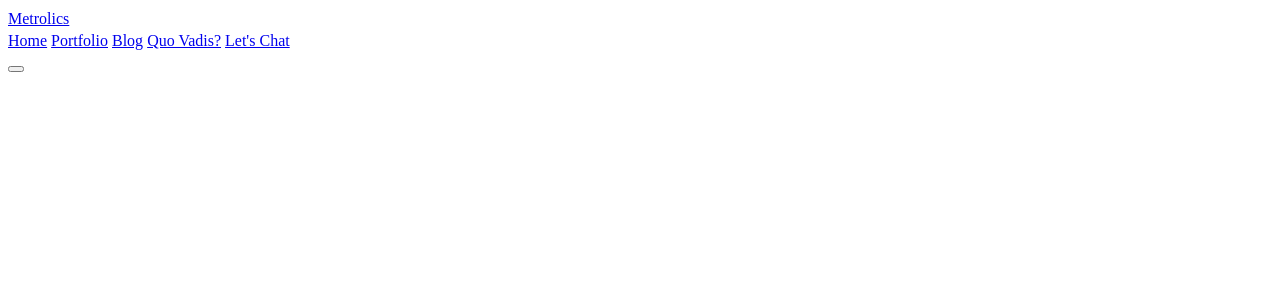
Repository: Angehyy/wk02_site
Page: index.html
These files come from the project's save history. The page is drawn as it stood at one moment and after a run of saves; the edit follows.
The browser window is 1280 px wide. The pictures show the whole page.

Above is the page before, as saved 2025-01-19 19:12:50.

After the next 3 saves:
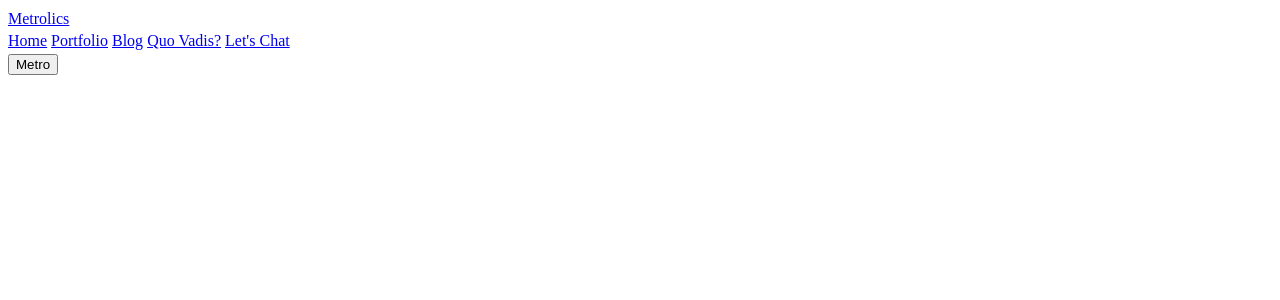
The 3 saves are shown as one change because they came seconds apart.
The last was saved 7 s later.
--- a/index.html
+++ b/index.html
@@ -38,7 +38,7 @@
 
   <main>
     <div>
-      <button></button>
+      <button>Metro</button>
     </div>
   </main>
 
